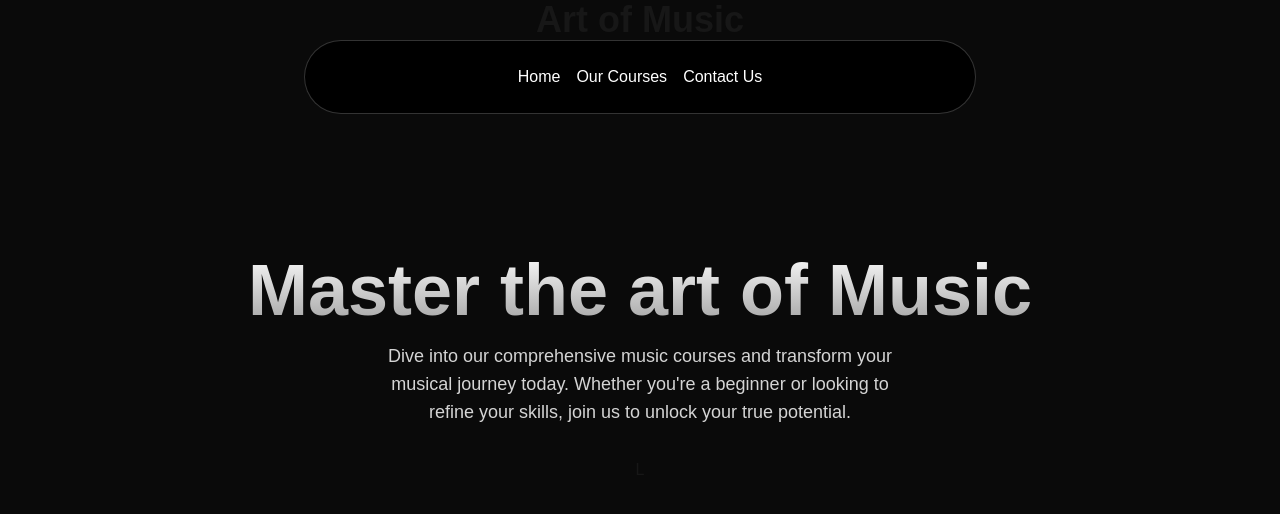
Repository: Strong02coder/Art_of_Music-Next.Js-
Page: /
An editor plug-in stored every save of this project. The page is shown before and after the next save, followed by the edit.
The browser window is 1280 px wide. The pictures show the whole page.
The project was rebuilt for these pictures with package versions that can differ from the ones it lists, and the page was loaded fresh each time. The framework's server and built-in components were replaced by stand-ins that run in the browser. Also part of the build but not shown: next.config.ts.

Above is the page before, as saved 2025-01-30 21:34:35.

After the next save:
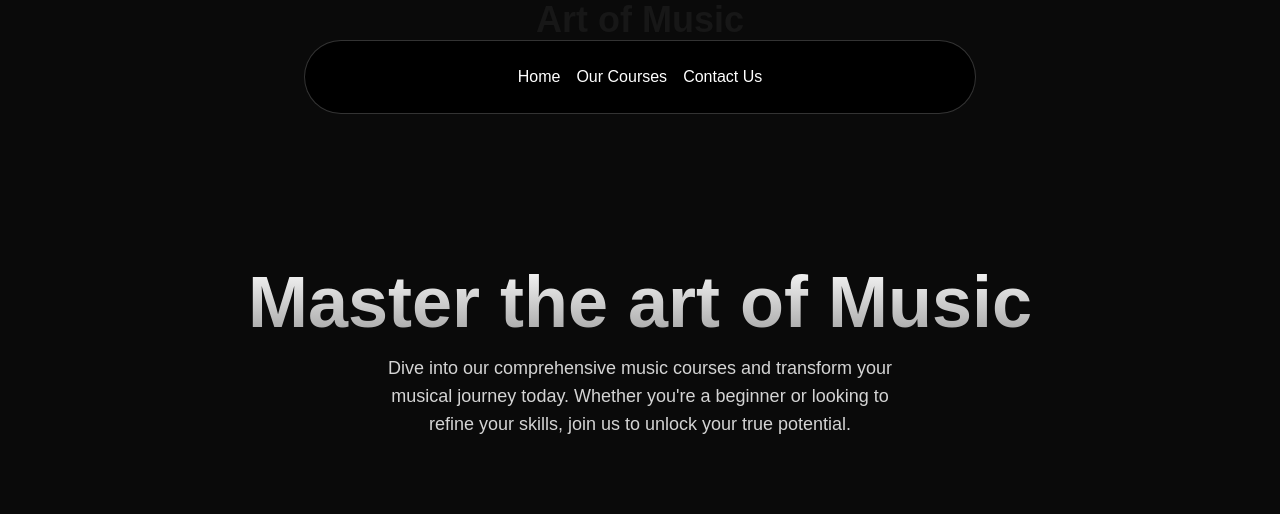
Saved 8 s later.
--- a/src/components/HeroSection.tsx
+++ b/src/components/HeroSection.tsx
@@ -8,7 +8,7 @@
 				<p className="mt-4 font-normal text-base md:text-lg text-neutral-300 max-w-lg mx-auto">Dive into our comprehensive music courses and transform your musical journey today. Whether you&apos;re a beginner or looking to refine your skills, join us to unlock your true potential.</p>
 			</div>
 			<div className="mt-4">
-				L
+
 			</div>
 		</div>
 	)

After the save that followed:
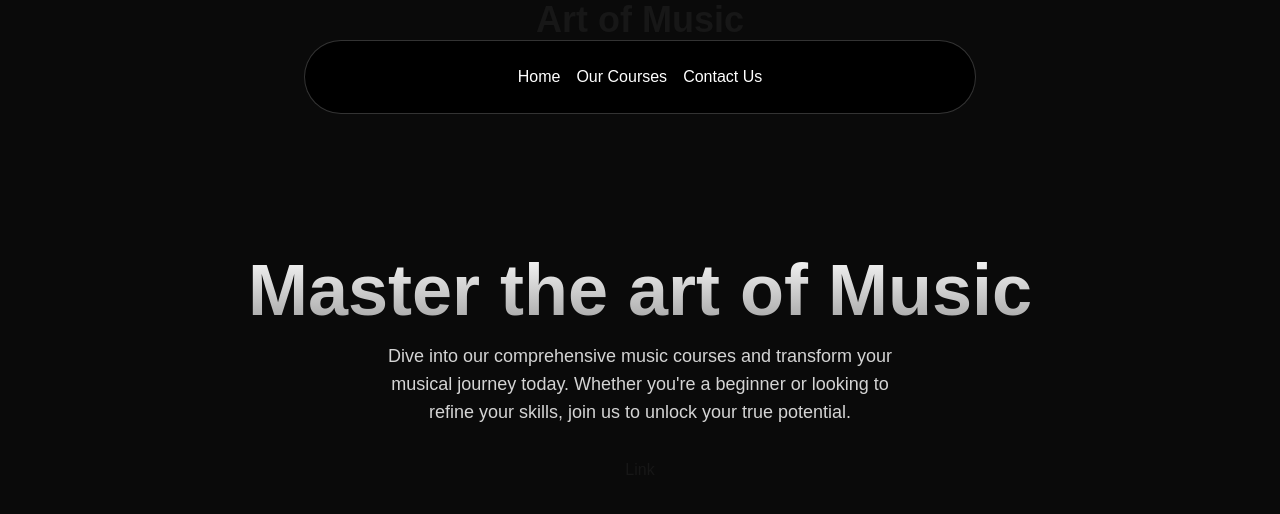
Saved 10 s later.
--- a/src/components/HeroSection.tsx
+++ b/src/components/HeroSection.tsx
@@ -8,7 +8,7 @@
 				<p className="mt-4 font-normal text-base md:text-lg text-neutral-300 max-w-lg mx-auto">Dive into our comprehensive music courses and transform your musical journey today. Whether you&apos;re a beginner or looking to refine your skills, join us to unlock your true potential.</p>
 			</div>
 			<div className="mt-4">
-
+				Link
 			</div>
 		</div>
 	)
